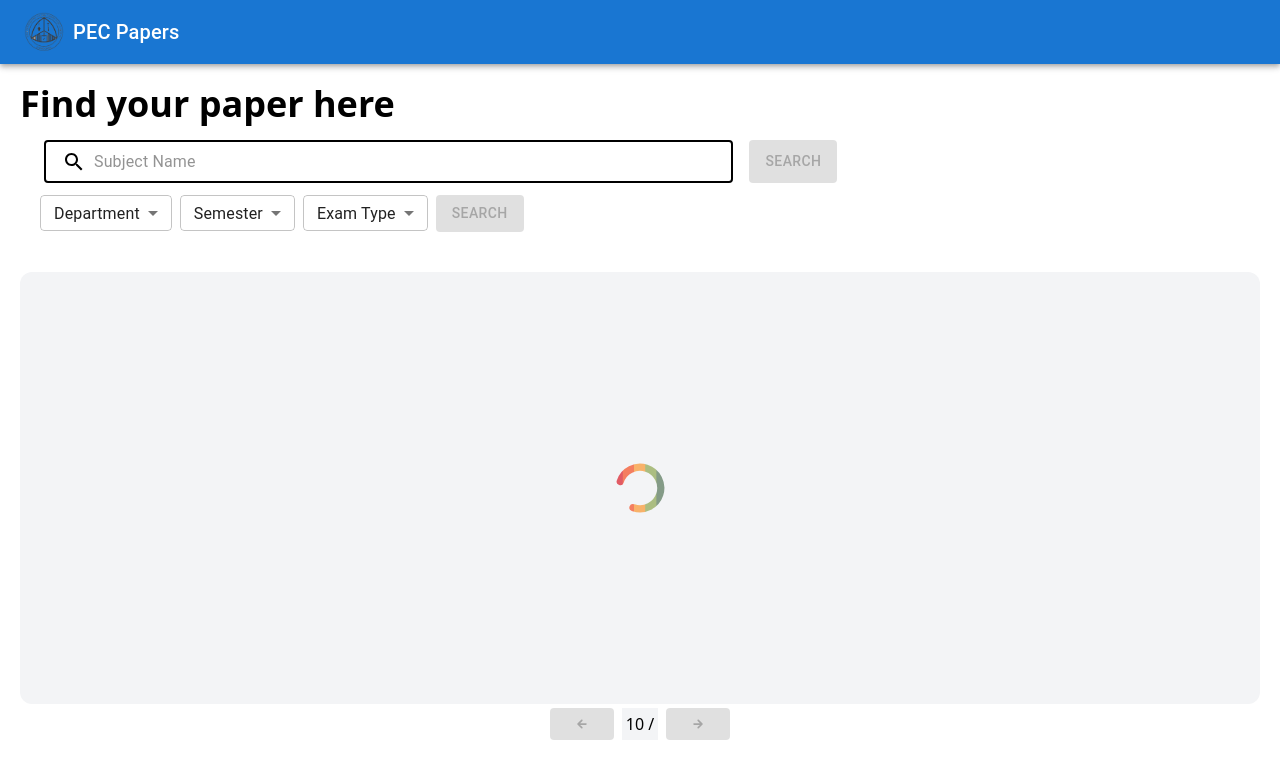
Repository: SUGAM-ARORA/pecpapers
Page: /browse (app in frontend/)
These files come from the project's save history. The page is drawn as it stood at one moment and after the next save; the edit follows.
The browser window is 1280 px wide. The pictures show the whole page.
The page's requests for data from a server got no answer. The project was rebuilt for these pictures with package versions that can differ from the ones it lists, and the page was loaded fresh each time. Some packages were replaced by stand-ins written for this rebuild. No one was signed in, and anything a server would have sent is missing. Also part of the build but not shown: frontend/vite.config.js, frontend/src/Components/AnimatedText.jsx, frontend/src/Components/Hero.jsx, frontend/src/Components/Footer.jsx, frontend/src/Components/Login.jsx, frontend/src/Components/PaperDisplay.jsx, frontend/src/Components/ProtectedRoute.jsx.

Above is the page before, as saved 2025-07-17 19:38:55.

### frontend/index.html
<!doctype html>
<html lang="en">
  <head>
    <meta charset="UTF-8" />
    <link rel="icon" type="image/svg+xml" href="/index.png" />
    <link rel="preconnect" href="https://fonts.googleapis.com" />
    <link rel="preconnect" href="https://fonts.gstatic.com" crossorigin />
    <link
      href="https://fonts.googleapis.com/css2?family=IBM+Plex+Serif:ital,wght@0,100;0,200;0,300;0,400;0,500;0,600;0,700;1,100;1,200;1,300;1,400;1,500;1,600;1,700&display=swap"
      rel="stylesheet"
    />
    <meta name="viewport" content="width=device-width, initial-scale=1.0" />
    <title>Pec Papers</title>

    <meta name="description" content="Download and Upload PEC previous year papers for all departments. Filter by subject, semester, and exam type. Get easy access to Punjab Engineering College exam archives.">
    <meta property="og:url" content="https://pecpapers-ufo6.vercel.app/">
    <meta property="og:title" content="Punjab Engineering College(PEC) Exam Papers Archive" />

    <meta name="google-adsense-account" content="ca-pub-1903859543209030">
  </head>
  <!-- Google tag (gtag.js) -->
  <script
    async
    src="https://www.googletagmanager.com/gtag/js?id=G-3FZX3TV10G"
  ></script>
  <script>
    window.dataLayer = window.dataLayer || [];
    function gtag() {
      dataLayer.push(arguments);
    }
    gtag("js", new Date());

    gtag("config", "G-3FZX3TV10G");
  </script>
  <body>
    <div id="root"></div>
    <script type="module" src="/src/main.jsx"></script>
  </body>
</html>

### frontend/src/main.jsx
import { StrictMode } from 'react'
import { createRoot } from 'react-dom/client'
import './index.css'
import App from './App.jsx'
import {createBrowserRouter, Navigate, RouterProvider, useNavigate} from 'react-router-dom'
import Login from './Components/Login.jsx'
import { ClerkProvider } from '@clerk/clerk-react'
import Browse from './Pages/Browse.jsx'
import Hero from './Components/Hero.jsx'
import { AppProvider } from './context/AppContext.jsx'
import ProtectedRoute from './Components/ProtectedRoute.jsx'

const router = createBrowserRouter([
  {
    path : '/',
    element : <App/>,
    children: [{
      path : '/browse',
      element: <Browse/>
    },
    {
      // path : '/',
      index:true,
      element : <Hero/>
    }
  ]
  },
  {
    path: '/login',
    element : <Login/>
  },
  {
    path: '/sso-callback',
    element: <Navigate to="/" replace />
  }
])

const PUBLISHABLE_KEY = import.meta.env.VITE_CLERK_PUBLISHABLE_KEY

if (!PUBLISHABLE_KEY) {
  throw new Error('Missing Publishable Key')
}

createRoot(document.getElementById('root')).render(
  <StrictMode>
    <AppProvider>
    <ClerkProvider publishableKey={PUBLISHABLE_KEY} frontendApt="https://sweeping-bobcat-34.clerk.accounts.dev" >
    <RouterProvider router={router}/>
    </ClerkProvider>
    </AppProvider>
  </StrictMode>,
)

### frontend/src/App.jsx
import React, { useEffect } from 'react'
import Navbar from './Components/Navbar'
import Hero from './Components/Hero'
import FormDialog from './Components/FormDialog';
import { Outlet, useNavigate } from 'react-router-dom';
import { useUser } from '@clerk/clerk-react';
import Footer from './Components/Footer';

const App = () => {

  // const {user,isLoaded,isSignedIn} = useUser()
  // const navigate = useNavigate();
  // console.log(user)

  // useEffect(()=>{
  //   if(isLoaded && !isSignedIn){
  //     navigate('/login')
  //   }
  // },[isLoaded,isSignedIn])

  return (

    <div className='flex flex-col'>
      <div>
        <Navbar />
      </div>
      <Outlet />
      <div className='flex flex-col items-center mt-5'>
        <FormDialog />
      </div>
      <div>
        {/* <Footer/> */}
      </div>
    </div>
  )
}

export default App

### frontend/src/Pages/Browse.jsx
import React, { useEffect, useState } from 'react'
import SearchIcon from '@mui/icons-material/Search';
import { styled, alpha } from '@mui/material/styles';
import InputBase from '@mui/material/InputBase';
import { Button, FormControl, Select, MenuItem } from '@mui/material';
import { departments, examType } from '../utils/constants';
import axios from 'axios';
import PaperDisplay from '../Components/PaperDisplay';
import { useUser } from '@clerk/clerk-react';
import { ColorRing } from 'react-loader-spinner'
import { IoMdArrowRoundBack } from "react-icons/io";
import { IoMdArrowRoundForward } from "react-icons/io";


const Search = styled('div')(({ theme }) => ({
  position: 'relative',
  borderRadius: theme.shape.borderRadius,
  backgroundColor: alpha(theme.palette.common.white, 0.15),
  '&:hover': {
    backgroundColor: alpha(theme.palette.common.white, 0.25),
  },
  marginRight: theme.spacing(2),
  marginLeft: 0,
  width: '100%',
  [theme.breakpoints.up('sm')]: {
    marginLeft: theme.spacing(3),
    width: 'auto',
  },
  border: 5,
  borderColor: 'black'
}));

const SearchIconWrapper = styled('div')(({ theme }) => ({
  padding: theme.spacing(0, 2),
  height: '100%',
  position: 'absolute',
  pointerEvents: 'none',
  display: 'flex',
  alignItems: 'center',
  justifyContent: 'center',
  border: 5,
  borderColor: 'black'
}));

const StyledInputBase = styled(InputBase)(({ theme }) => ({
  color: 'inherit',
  '& .MuiInputBase-input': {
    padding: theme.spacing(1, 1, 1, 0),
    // vertical padding + font size from searchIcon
    paddingLeft: `calc(1em + ${theme.spacing(4)})`,
    transition: theme.transitions.create('width'),
    width: '100%',
    [theme.breakpoints.up('md')]: {
      width: '70ch',
    },
    border: 5,
    borderColor: 'black'
  },
}));

const Browse = () => {

  const { isSignedIn } = useUser()
  const [loading, setLoading] = useState(false)

  const [searchValue, setSearchValue] = useState('');
  const semesters = [1, 2, 3, 4, 5, 6, 7, 8]
  const [department, setDepartment] = React.useState('')
  const [exam, setExam] = React.useState('')
  const [sem, setSem] = React.useState('')

  const [papersToDisplay, setPapersToDisplay] = useState(null);
  const [papersFetched, setPapersFetched] = useState(null);

  const [totalPapers, setTotalPapers] = useState(null)
  const [skip,setskip] = useState(0);

  const BACKEND_URL = import.meta.env.VITE_BACKEND_URL

  // const getAllPapers = async () => {
  //   setLoading(true)
  //   const response = await axios.get(`${BACKEND_URL}/getallpapers/`)
  //   setPapersFetched(response.data);
  //   // console.log(response.data)
  //   setLoading(false)
  //   return { data: response.data }
  // }

  const getConnectionStatus = async () => {
    setLoading(true)
    const response = await axios.get(`${BACKEND_URL}/healthz/`)
    setLoading(false)
    console.log(response.data)
    return response.data;
  }

  const handleNext = async ()=>{
    const newskip = skip+10
    setskip(newskip)
    await getFilteredPapers()
  }

  const getFilteredPapers = async () => {
    try {
      setLoading(true)

      const response = await axios.get(`${BACKEND_URL}/papersOnFilterOrSearch?subjectName=${searchValue}&semester=${sem}&department=${department}&examType=${exam}&skip=${skip}`)

      setPapersFetched(response.data.data)
      setPapersToDisplay(response.data.data)
      setTotalPapers(response.data.total)

      setLoading(false)
    } catch (error) {
      setLoading(false)
      console.log(error)
    }
  }

  useEffect(() => {

    try {
      // if(isSignedIn){
      //   getAllPapers()
      // }
      // getAllPapers()
      getConnectionStatus()
    } catch (error) {
      console.log(error)
    }
  }, [BACKEND_URL, isSignedIn])

  // const handleSearch = async () => {
  //   if (!papersFetched) {
  //     //api calling


  //   } else {
  //     // actions on papersfetched
  //     setLoading(true)
  //     const filter = papersFetched.filter(paper =>
  //       paper.subjectName.toLowerCase().includes(searchValue.toLowerCase()) ||
  //       paper.department.toLowerCase().includes(searchValue.toLowerCase()) ||
  //       paper.examType.toLowerCase().includes(searchValue.toLowerCase()) ||
  //       paper.semester.toLowerCase().includes(searchValue.toLowerCase())
  //     )
  //     setPapersToDisplay(filter)
  //     setLoading(false)
  //     // console.log(filter)
  //     return;
  //   }

  // }

  // const handleFilter = async () => {
  //   if (!papersFetched) {
  //     //api calling
  //   } else {
  //     // actions on papers fetched

  //     setLoading(true)
  //     const filter = papersFetched.filter(paper =>
  //       paper.department.toLowerCase().includes(department.toLowerCase()) &&
  //       paper.examType.toLowerCase().includes(exam.toLowerCase()) &&
  //       paper.semester.includes(sem)
  //     )
  //     setPapersToDisplay(filter)
  //     setLoading(false)
  //     // console.log(filter)
  //     return
  //   }
  // }

  return (
    <div className='flex flex-col m-5'>
      <span className='text-4xl font-semibold'>Find your paper here</span>

      <div id='search' className='flex flex-row mt-4 '>
        <Search sx={{
          border: 2,
          borderColor: 'black',
        }}
        >
          <SearchIconWrapper>
            <SearchIcon />
          </SearchIconWrapper>
          <StyledInputBase
            placeholder="Subject Name"
            inputProps={{ 'aria-label': 'search' }}
            value={searchValue}
            onChange={(e) => setSearchValue(e.target.value)}
          />
        </Search>
        <Button variant='contained' onClick={getFilteredPapers} disabled={loading}>Search</Button>
      </div>

      <form id='filters' className=' mt-3 flex flex-row gap-2 ml-5' onSubmit={getFilteredPapers}>
        <FormControl>
          <Select
            labelId="department"
            aria-placeholder='Department'
            id="department"
            value={department}
            onChange={(e) => setDepartment(e.target.value)}
            sx={{
              width: 'vh',
              height: '5vh',
              overflow: 'scroll'
            }}
            placeholder='Department'
            displayEmpty
          >
            <MenuItem value="" disabled>
              Department
            </MenuItem>
            {departments.map((department) => <MenuItem value={department.dept}>{department.dept}</MenuItem>)}
          </Select>
        </FormControl>

        <FormControl>
          <Select
            labelId="semester"
            aria-placeholder='Semester'
            id="semester"
            value={sem}
            onChange={(e) => setSem(e.target.value)}
            sx={{
              width: 'vh',
              height: '5vh',
              overflow: 'scroll'
            }}
            placeholder='Semester'
            displayEmpty
          >
            <MenuItem value="" disabled>
              Semester
            </MenuItem>
            {semesters.map((semester) => <MenuItem value={semester}>{semester}</MenuItem>)}
          </Select>

        </FormControl>

        <FormControl>
          <Select
            labelId="examType"
            aria-placeholder='Exam-Type'
            id="examType"
            value={exam}
            onChange={(e) => setExam(e.target.value)}
            sx={{
              width: 'vh',
              height: '5vh',
              overflow: 'scroll'
            }}
            placeholder='Exam Type'
            displayEmpty
          >
            <MenuItem value="" disabled>
              Exam Type
            </MenuItem>
            {examType.map((exam, index) => <MenuItem value={exam.type} key={index}>{exam.type}</MenuItem>)}
          </Select>
        </FormControl>

        <Button variant='contained' onClick={getFilteredPapers} disabled={loading}>Search</Button>
      </form>


      <div className='mt-10 rounded-xl p-2 bg-gray-100 h-[60vh] overflow-scroll'>
        {loading ? <div className='h-full flex flex-col justify-center items-center'>
          <ColorRing
            visible={true}
            width="100"
            colors={['#e15b64', '#f47e60', '#f8b26a', '#abbd81', '#849b87']}
            ariaLabel="infinity-spin-loading" />
        </div> : <></>}
        <div className={`${loading ? 'hidden' : ''}`}>
          {papersToDisplay ? <div className='flex flex-col gap-2'>
            {papersToDisplay.map((paper) => <PaperDisplay paper={paper} key={paper.id} />)}
          </div> : <span className='text-gray-400 text-5xl'>Papers displayed here</span>}
        </div>

      </div>
      <div className=' w-full mt-1 flex items-center justify-center'>
        <div className='flex flex-row gap-2'>
          <Button variant='contained' onClick={getFilteredPapers} disabled={loading}>
            <IoMdArrowRoundBack />
          </Button>
          <span className=' bg-gray-100 p-1'>
            <span>10 / </span>
            <span>{totalPapers}</span>
          </span>
          <Button variant='contained' onClick={handleNext} disabled={loading}>
            <IoMdArrowRoundForward />
          </Button>
        </div>
      </div>
    </div>
  )
}

export default Browse

### frontend/src/context/AppContext.jsx
import { createContext, useState } from "react";

export const AppContext = createContext();

export const AppProvider = ({ children }) => {
  const [open, setOpen] = useState(false); // Example: global user state

  return (
    <AppContext.Provider value={{ open, setOpen }}>
      {children}
    </AppContext.Provider>
  );
};

### frontend/src/Components/Navbar.jsx
import * as React from 'react';
import AppBar from '@mui/material/AppBar';
import Box from '@mui/material/Box';
import Toolbar from '@mui/material/Toolbar';
import IconButton from '@mui/material/IconButton';
import Typography from '@mui/material/Typography';
import InputBase from '@mui/material/InputBase';
import Badge from '@mui/material/Badge';
import MenuItem from '@mui/material/MenuItem';
import Menu from '@mui/material/Menu';
import AccountCircle from '@mui/icons-material/AccountCircle';
import MailIcon from '@mui/icons-material/Mail';
import NotificationsIcon from '@mui/icons-material/Notifications';
import MoreIcon from '@mui/icons-material/MoreVert';
import logo from '../assets/image.png'
import { UserButton } from '@clerk/clerk-react';
import { useNavigate } from 'react-router-dom';


export default function Navbar() {
  // const [anchorEl, setAnchorEl] = React.useState(null)
  // const [mobileMoreAnchorEl, setMobileMoreAnchorEl] = React.useState(null)
  const navigate = useNavigate();


  const handleHomepageNavigation = async ()=>{
    navigate('/')
  }


  return (
    <Box sx={{ flexGrow: 1 }}>
      <AppBar position="static">
        <Toolbar>
          <img src={logo} alt='pec logo' className='h-10 w-10' onClick={handleHomepageNavigation}/>
          <Typography
            variant="h6"
            noWrap
            component="div"
            sx={{ display: { xs: 'none', sm: 'block',marginLeft:'9px' } }}
            onClick={handleHomepageNavigation}
          >
            PEC Papers
          </Typography>

          <Box sx={{ flexGrow: 1 }} />
          <Box sx={{ display: { xs: 'none', md: 'flex' } }}>

            <UserButton/>
          </Box>
          <Box sx={{ display: { xs: 'flex', md: 'none' } }}>

             <UserButton/>

          </Box>
        </Toolbar>
      </AppBar>

    </Box>
  );
}

### frontend/src/Components/FormDialog.jsx
import * as React from 'react';
import Button from '@mui/material/Button';
import TextField from '@mui/material/TextField';
import Dialog from '@mui/material/Dialog';
import DialogActions from '@mui/material/DialogActions';
import { FormControl, Typography, InputLabel, Select, MenuItem } from '@mui/material';
import { departments, examType } from '../utils/constants';
import axios from 'axios'
import { InfinitySpin } from 'react-loader-spinner'
import { AppContext } from '../context/AppContext';
import Toast from './Toast';

export default function FormDialog() {
  const { open, setOpen } = React.useContext(AppContext)
  const [loading, setLoading] = React.useState(false)
  const [files, setFiles] = React.useState('')

  const semesters = [1, 2, 3, 4, 5, 6, 7, 8]

  const [department, setDepartment] = React.useState('')
  const [exam, setExam] = React.useState('')
  const [sem, setSem] = React.useState('')

  const CLOUDINARY_URL = import.meta.env.VITE_APP_CLOUDINARY_URL
  const UPLOAD_PRESET = import.meta.env.VITE_APP_UPLOAD_PRESET
  const CLOUD_NAME = import.meta.env.VITE_APP_CLOUD_NAME
  const BACKEND_URL = import.meta.env.VITE_BACKEND_URL

  const [opentoast, setOpenToast] = React.useState(false)

  const handleFileChange = (e) => {
    const filename = e.target.files;
    if (filename) {
      setFiles(filename)
    }
  }

  const uploadImages = async (files) => {
    const uploadPromises = Array.from(files).map(file => {
      const formData = new FormData();
      formData.append("file", file);
      formData.append("upload_preset", UPLOAD_PRESET);
      formData.append("cloud_name", CLOUD_NAME);
      return axios.post(CLOUDINARY_URL, formData);
    });

    try {
      const responses = await Promise.all(uploadPromises);
      const urlList = responses.map(res => res.data.secure_url);
      console.log(urlList.length + " images uploaded");
      return urlList;
    }
    catch (error) {
      console.error("Cloudinary image uploads failed:", error);
      throw error;
    }
  };

  const uploadPaperDetails = async(e, urlList) => {
    try {
      const paperDetails = {
        department: e.target[0].value,
        cloudUrl: urlList,
        examType: e.target[2].value,
        semester: e.target[4].value,
        subjectName: e.target[6].value,
        comments: e.target[9].value
      }

      const dataRes = await axios.post(`${BACKEND_URL}/upload-paper/`, { data: paperDetails })
      console.log("Paper details uploaded successfully");
    }
    catch (error) {
      console.error("Paper details upload failed", error);
    }
  }

  const handleSubmit = async (e) => {
    e.preventDefault();
    setLoading(true)

    const urlList = await uploadImages(files);
    await uploadPaperDetails(e, urlList);

    e.target.reset()
    setDepartment('')
    setExam('')
    setSem('')
    setLoading(false)
    setOpen(false)
    setOpenToast(true)
  }

  const handleClose = () => {
    setOpen(false);
  };

  const handleUpload = async () => {

  }

  return (
    <>
      <Dialog
        open={open}
        onClose={handleClose}
      >
        <form className='flex flex-col gap-5 m-5 ' onSubmit={handleSubmit}>
          <FormControl>
            <Typography fontSize={25} >Upload a Paper</Typography>
            <div >
              <Typography>Department</Typography>
              <Select
                required="true"
                labelId="department"
                aria-placeholder='Department'
                id="department"
                value={department}
                onChange={(e) => setDepartment(e.target.value)}
                sx={{
                  width: '50vh',
                  height: '5vh',
                  overflow: 'scroll'
                }}
              >
                {departments.map((department) => <MenuItem value={department.dept}>{department.dept}</MenuItem>)}
              </Select>
            </div>
          </FormControl>

          <FormControl>
            <div>
              <Typography>Exam Type</Typography>
              <Select
                required="true"
                labelId="Exam-type"
                aria-placeholder='Exam Type'
                id="exam-type"
                sx={{
                  width: '50vh',
                  height: '5vh',
                  overflow: 'scroll'
                }}
                value={exam}
                onChange={(e) => setExam(e.target.value)}
              >
                {examType.map((type) => <MenuItem value={type.type}>{type.type}</MenuItem>)}
              </Select>
            </div>
          </FormControl>

          <FormControl>
            <div>
              <Typography>Semester</Typography>
              <Select
                required="true"
                labelId="Semester"
                aria-placeholder='Semester'
                id="exam-type"
                sx={{
                  width: '50vh',
                  height: '5vh',
                  overflow: 'scroll'
                }}
                value={sem}
                onChange={(e) => setSem(e.target.value)}
              >
                {semesters.map((sem) => <MenuItem value={sem}>{sem}</MenuItem>)}
              </Select>
            </div>
          </FormControl>

          <FormControl>
            <div>
              <Typography>Subject Name</Typography>
              <TextField
                sx={{ width: '50vh', height: '5vh' }}
                required="true"
              >
              </TextField>
            </div>
          </FormControl>

          <FormControl>
            <div>
              <Typography>Upload Paper <span className='text-xs'>(only img format e.g. jpg,png,jpeg etc.)</span></Typography>
              <input
                accept='image/*'
                id='upload-image'
                type='file'
                multiple='true'
                onChange={handleFileChange}
                required="true"
              />
            </div>
          </FormControl>
          <FormControl>
            <div>
              <Typography>Review or Comments</Typography>
              <TextField sx={{
                width: '50vh',
                height: '5vh'
              }}></TextField>
            </div>
          </FormControl>
          {loading && <InfinitySpin
            visible={true}
            width="100"
            color="#4fa94d"
            ariaLabel="infinity-spin-loading" />}

          <DialogActions>
            <Button onClick={handleClose}>Cancel</Button>
            <Button type="submit" variant='contained' onClick={handleUpload}>Upload</Button>
          </DialogActions>
        </form>
      </Dialog>
      <Toast opentoast={opentoast} setOpenToast={setOpenToast} message="Paper Upload" />
    </>
  );
}

### frontend/src/utils/constants.js
export const departments = [
    // ece:
    {
        'dept' : 'ECE'
    },
    // cse:
    {
        'dept' : 'CSE'
    },
    // ee:
    {
        'dept': 'EE'
    },
    // ds:
    {
        'dept' : 'CSE-DS'
    },
    // ai:
    {
        'dept' : 'CSE-AI'
    },
    // mech:
    {
        'dept' : 'MECH'
    },
    // civil:
    {
        'dept' : 'CIVIL'
    },
    // aero:
    {
        'dept': 'AERO'
    },
    // meta:
    {
        'dept' : 'META'
    },
    // prod:
    {
        'dept' : 'PROD'
    },
    // hsm:
    {
        'dept' : 'HSM'
    },
    // physics:
    {
        'dept' : 'PHYSICS'
    },
    // maths:
    {
        'dept' : "MATHS"
    },
    // chem:
    {
        'dept' : 'CHEMISTRY'
    },
    // bdes:
    {
        'dept' : 'B-DES'
    }
]

export const examType = [
    {
        'type' : 'MID-SEM'
    },
    {
        'type' : 'END-SEM'
    }
]

### frontend/src/Components/Toast.jsx
import * as React from 'react';
import Button from '@mui/material/Button';
import Snackbar from '@mui/material/Snackbar';
import IconButton from '@mui/material/IconButton';
import CloseIcon from '@mui/icons-material/Close';

export default function Toast({message,openToast,setOpenToast}) {
//   const [open, setOpen] = React.useState(false);



  const handleClose = (
    event,
    reason,
  ) => {
    if (reason === 'clickaway') {
      return;
    }

    setOpenToast(false);
  };

  const action = (
    <React.Fragment>
      <IconButton
        size="small"
        aria-label="close"
        color="inherit"
        onClick={handleClose}
      >
        <CloseIcon fontSize="small" />
      </IconButton>
    </React.Fragment>
  );

  return (
    <div>

      <Snackbar
        open={openToast}
        autoHideDuration={6000}
        onClose={handleClose}
        message={message}
        action={action}
      />
    </div>
  );
}

Loaded but not shown: frontend/src/index.css (common file); frontend/tailwind.config.js (common file)

After the next save:
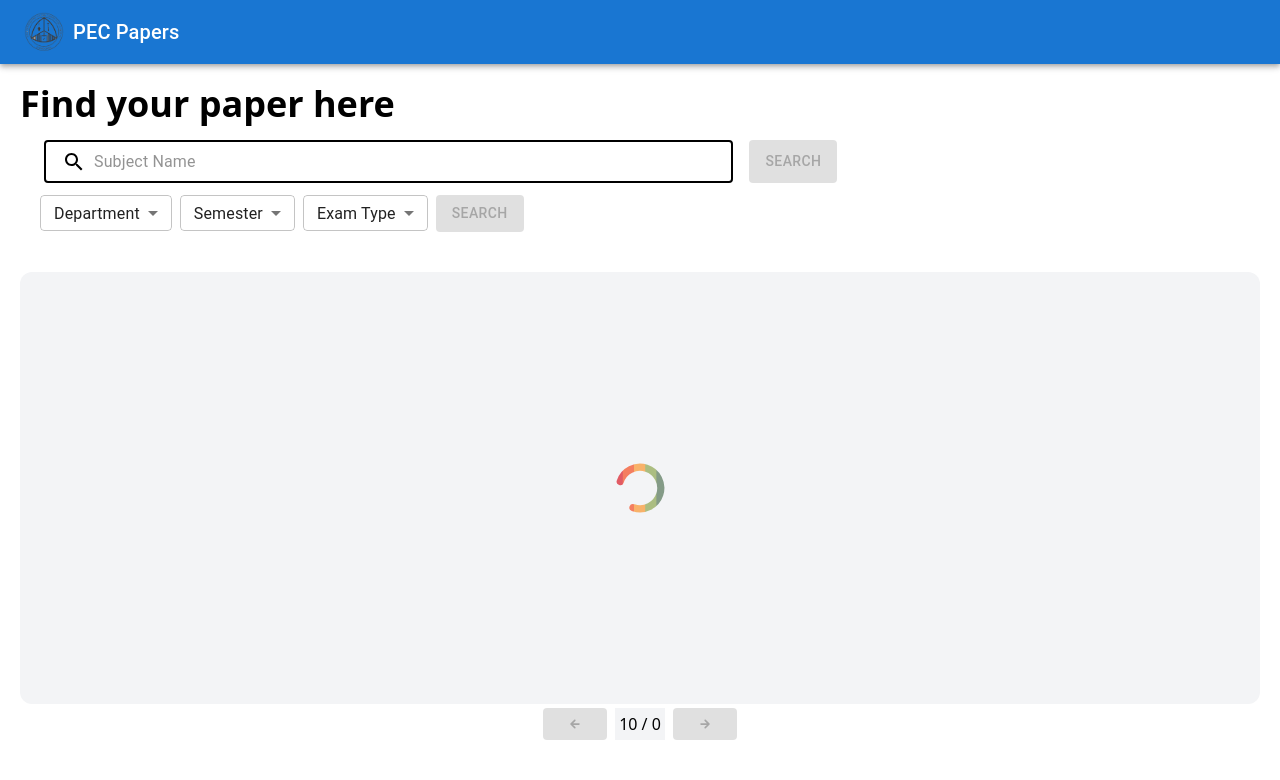
Saved 32 s later.
--- a/frontend/src/Pages/Browse.jsx
+++ b/frontend/src/Pages/Browse.jsx
@@ -288,7 +288,7 @@ const Browse = () => {
           </Button>
           <span className=' bg-gray-100 p-1'>
             <span>10 / </span>
-            <span>{totalPapers}</span>
+            <span>{totalPapers/10}</span>
           </span>
           <Button variant='contained' onClick={handleNext} disabled={loading}>
             <IoMdArrowRoundForward />
